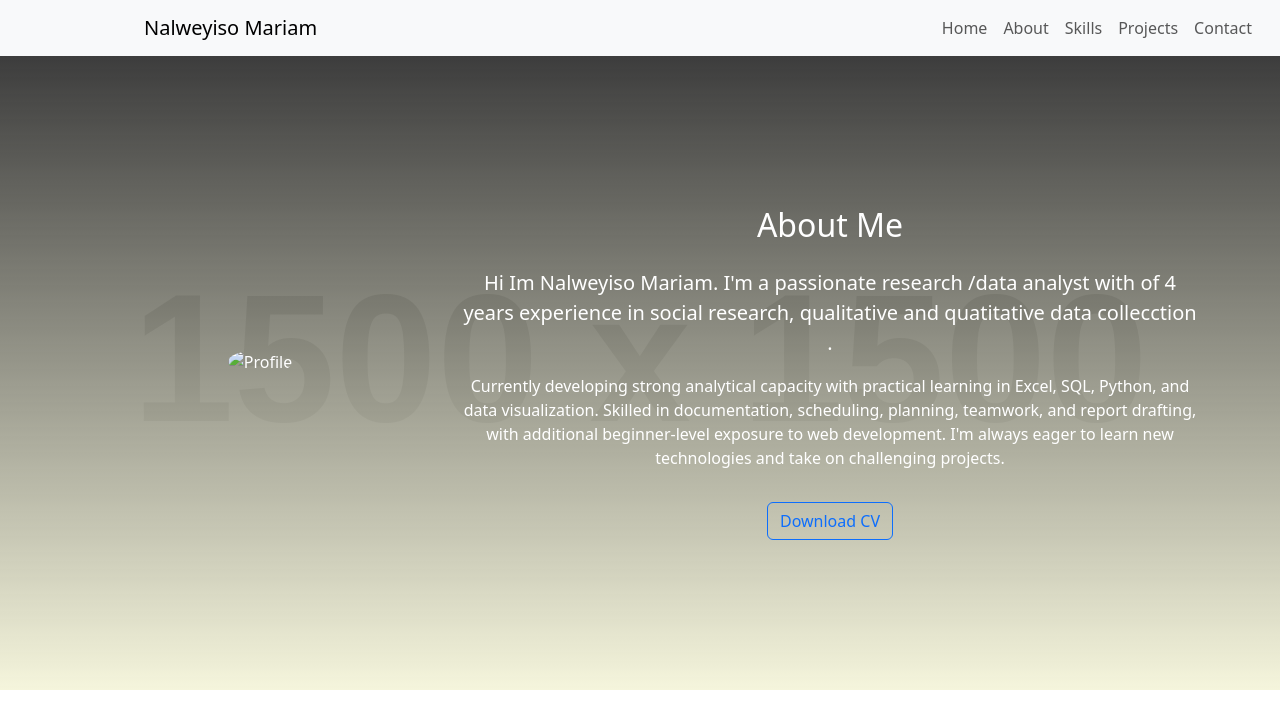
Repository: NalweMari/My-Personal-Portfolio
Page: index.html
An editor plug-in stored every save of this project. The page is shown before and after the next save, followed by the edit.
The browser window is 1280 px wide. The pictures show the whole page.

Above is the page before, as saved 2025-11-27 12:57:39.
Console error (its wording comes from the project's code and is left out).

After the next save:
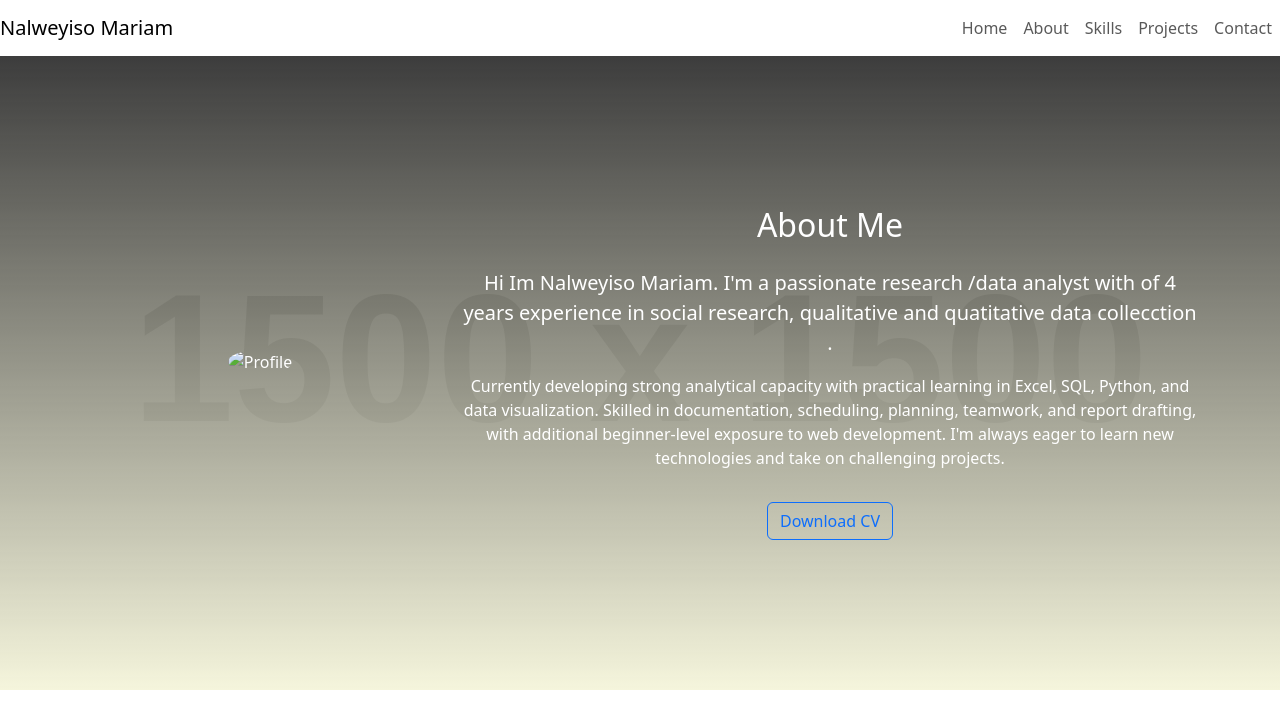
Saved 14 min 9 s later.
--- a/index.html
+++ b/index.html
@@ -16,7 +16,7 @@
 <body>
     <!-- Navigation -->
 
-    <nav class="navbar navbar-expand-lg navbar-light bg-light pink">
+    <nav class="navbar navbar-expand-lg navbar-light bg>
         <div class="container me-2">
             <a class="navbar-brand" href="#">Nalweyiso Mariam</a> <button class="navbar-toggler" type="button" data- 6
                 toggle="collapse" data-target="#navbarNav" aria-controls="navbarNav" aria-expanded="false"

After the save that followed:
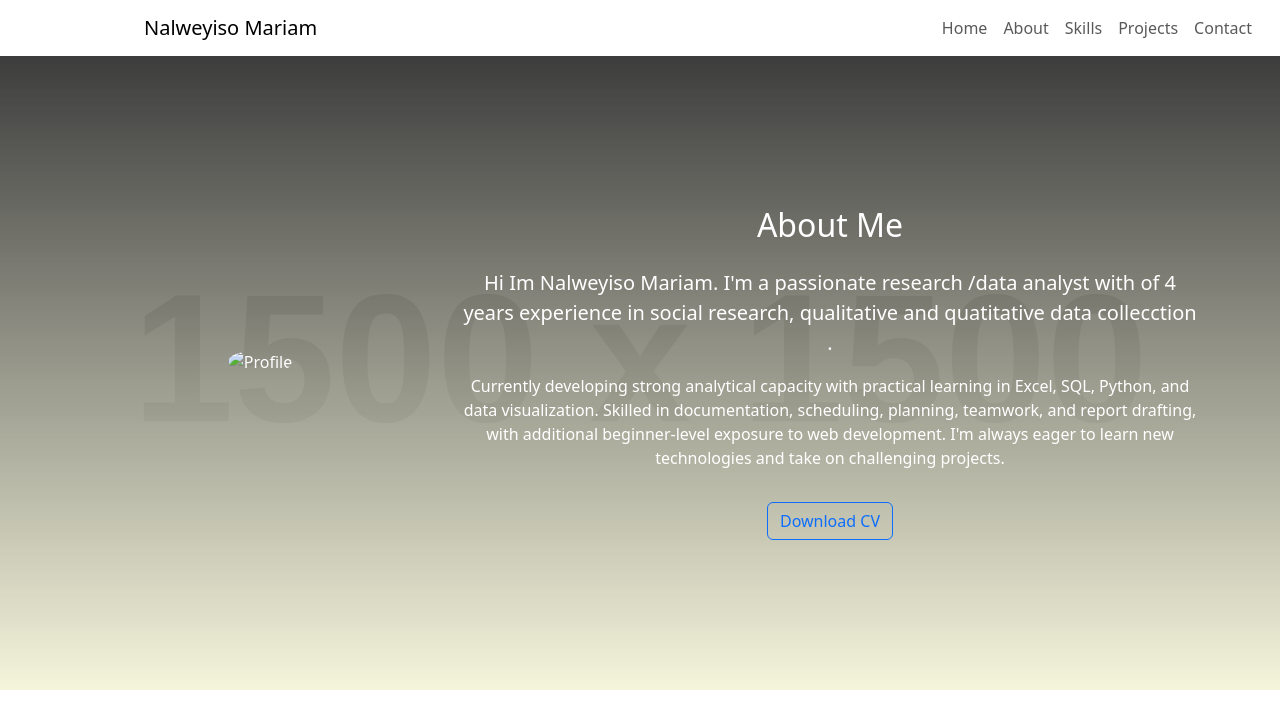
Saved 5 s later.
--- a/index.html
+++ b/index.html
@@ -16,7 +16,7 @@
 <body>
     <!-- Navigation -->
 
-    <nav class="navbar navbar-expand-lg navbar-light bg>
+    <nav class="navbar navbar-expand-lg navbar-light bg">
         <div class="container me-2">
             <a class="navbar-brand" href="#">Nalweyiso Mariam</a> <button class="navbar-toggler" type="button" data- 6
                 toggle="collapse" data-target="#navbarNav" aria-controls="navbarNav" aria-expanded="false"
